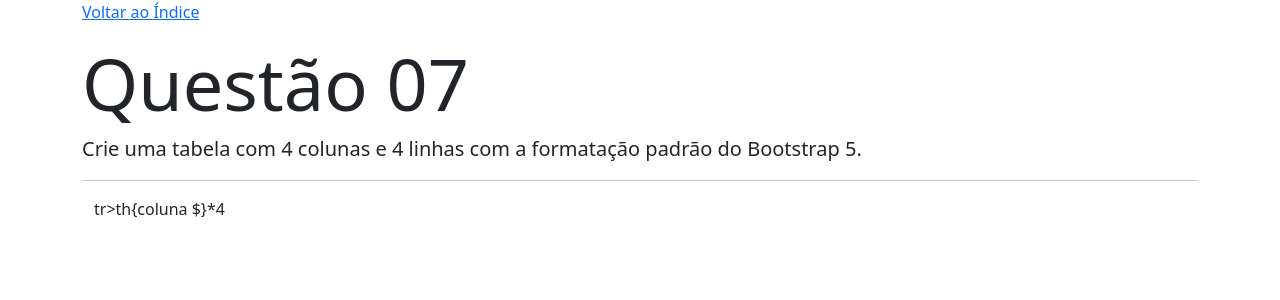
Repository: In-Game-full/Reprograme-se
Page: S-6-InicioBootstrap5/Atividade-pratica-da-semana-1-de-Bootstrap-5-In-Game-full/questao07.html
An editor plug-in stored every save of this project. The page is shown before and after the next save, followed by the edit.
The browser window is 1280 px wide. The pictures show the whole page.

Above is the page before, as saved 2023-08-28 21:52:32.

After the next save:
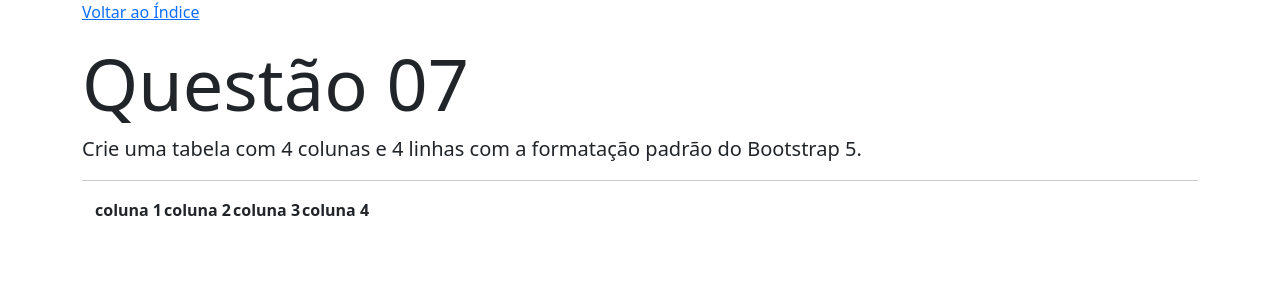
Saved 26 s later.
--- a/S-6-InicioBootstrap5/Atividade-pratica-da-semana-1-de-Bootstrap-5-In-Game-full/questao07.html
+++ b/S-6-InicioBootstrap5/Atividade-pratica-da-semana-1-de-Bootstrap-5-In-Game-full/questao07.html
@@ -21,7 +21,12 @@
         <!-- FAZER AQUI -->
         <div class="container">
             <table>
-                <thead>tr>th{coluna $}*4</thead>
+                <thead><tr>
+                    <th>coluna 1</th>
+                    <th>coluna 2</th>
+                    <th>coluna 3</th>
+                    <th>coluna 4</th>
+                </tr></thead>
                 <tbody></tbody>
             </table>
         </div>
